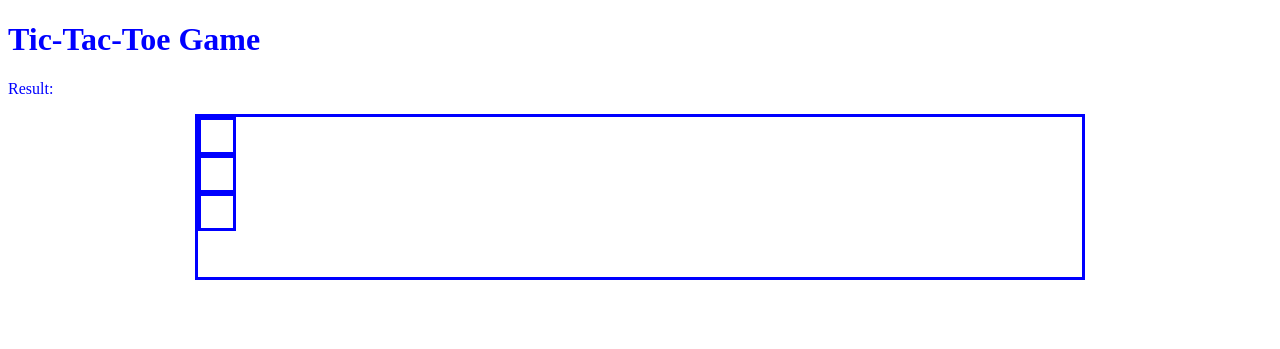
Repository: 0101chaitanya/Tic-Tac-Toe
Page: index.html
These files come from the project's save history. The page is drawn as it stood at one moment and after the next save; the edit follows.
The browser window is 1280 px wide. The pictures show the whole page.

Above is the page before, as saved 2021-06-09 17:08:27.

After the next save:
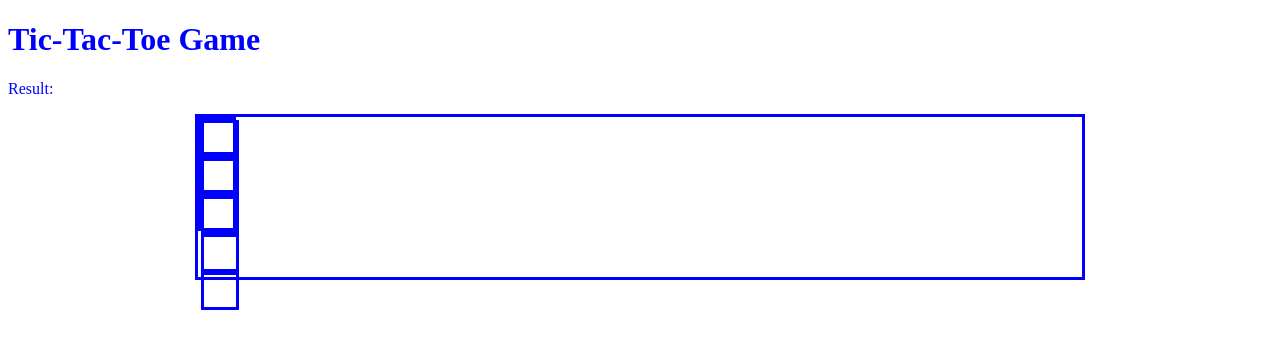
Saved 22 s later.
--- a/styles.css
+++ b/styles.css
@@ -15,3 +15,9 @@ margin:auto;
     height:2rem;
 
 }
+#gameSquare>div:nth-child(n)>div:nth-child(n){
+    border-style: solid;
+    width:2rem;
+    height:2rem;
+
+}
